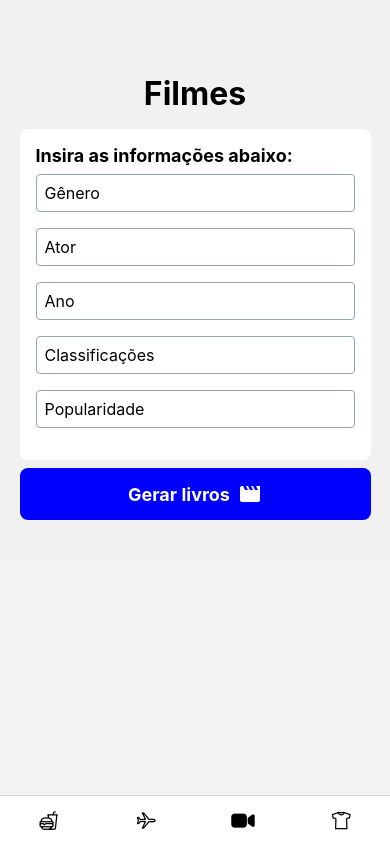
Repository: Matheus904-12/routes
Screen: /filmes (app in roteamento/)
An editor plug-in stored every save of this project. The screen is shown before and after the next save, followed by the edit.
The app was drawn by React Native's web renderer in a window 390 px wide. The project was rebuilt for these pictures with package versions that can differ from the ones it lists, and the page was loaded fresh each time. Also part of the build but not shown: roteamento/pages/viagem.js, roteamento/pages/roupas.js.

Above is the screen before, as saved 2024-05-01 17:43:18.

### roteamento/App.tsx
import React from 'react';
import { NavigationContainer } from '@react-navigation/native';
import { Routes } from './routes';

export default function App() {
  return (
    <NavigationContainer>
      <Routes />
    </NavigationContainer>
  );
}

### roteamento/routes.js
import { createBottomTabNavigator } from "@react-navigation/bottom-tabs";
import { Viagem } from './pages/viagem';
import { Filmes } from './pages/filmes';
import { Roupas } from './pages/roupas';
import { Receita } from './pages/receita';
import { Ionicons } from '@expo/vector-icons/'

const Tab = createBottomTabNavigator();

export function Routes() {
    return (
        <Tab.Navigator>
            <Tab.Screen
                name="receita"
                component={Receita}
                options={{
                    tabBarShowLabel: false,
                    headerShown: false,
                    tabBarIcon: ({ focused }) => {
                        if (focused) {
                            return (<Ionicons size={25} color={"#000"} name="fast-food" />)
                        }
                        return (<Ionicons size={20} color={"#000"} name="fast-food-outline" />)
                    }
                }}
            />
            <Tab.Screen
                name="viagem"
                component={Viagem}
                options={{
                    tabBarShowLabel: false,
                    headerShown: false,
                    tabBarIcon: ({ focused }) => {
                        if (focused) {
                            return (<Ionicons size={25} color={"#000"} name="airplane" />)
                        }
                        return (<Ionicons size={20} color={"#000"} name="airplane-outline" />)
                    }
                }}
            />
            <Tab.Screen
                name="filmes"
                component={Filmes}
                options={{
                    tabBarShowLabel: false,
                    headerShown: false,
                    tabBarIcon: ({ focused }) => {
                        if (focused) {
                            return (<Ionicons size={25} color={"#000"} name="videocam" />)
                        }
                        return (<Ionicons size={20} color={"#000"} name="videocam-outline" />)
                    }
                }}
            />
            <Tab.Screen
                name="roupas"
                component={Roupas}
                options={{
                    tabBarShowLabel: false,
                    headerShown: false,
                    tabBarIcon: ({ focused }) => {
                        if (focused) {
                            return (<Ionicons size={25} color={"#000"} name="shirt" />)
                        }
                        return (<Ionicons size={20} color={"#000"} name="shirt-outline" />)
                    }
                }}
            />
        </Tab.Navigator>
    )
}

### roteamento/pages/filmes.js
import React, { useState } from 'react';
import { StyleSheet, Text, View, TextInput, TouchableOpacity, Platform, StatusBar, ScrollView, ActivityIndicator, Alert, Keyboard } from 'react-native';
import { MaterialCommunityIcons } from '@expo/vector-icons';

const alturaStatusBar = StatusBar.currentHeight;
const KEY_GPT = 'SUA_CHAVE_DE_API';

export function Filmes() {

    const [load, defLoad] = useState(false);
    const [receita, defReceita] = useState("");

    const [ingr1, defIngr1] = useState("");
    const [ingr2, defIngr2] = useState("");
    const [ingr3, defIngr3] = useState("");
    const [ingr4, defIngr4] = useState("");
    const [ocasiao, defOcasiao] = useState("");

    async function gerarReceita() {
        if (ingr1 === "" || ingr2 === "" || ingr3 === "" || ingr4 === "" || ocasiao === "") {
            Alert.alert("Atenção", "Informe todas as informações!", [{ text: "Beleza!" }])
            return;
        }
        defReceita("");
        defLoad(true);
        Keyboard.dismiss();

        const prompt = `Sugira filmes com titulos populares e bem avalidados com essas especiicações: ${ingr1}, ${ingr2}, ${ingr3} e ${ingr4}, além de mostrar serviços de streaming e pesquise o trailer no YouTube. Caso encontre, informe o link.`;

        fetch("https://api.openai.com/v1/chat/completions", {
            method: "POST",
            headers: {
                "Content-Type": "application/json",
                Authorization: `Bearer ${KEY_GPT}`
            },
            body: JSON.stringify({
                model: "gpt-3.5-turbo",
                messages: [
                    {
                        role: 'user',
                        content: prompt
                    }
                ],
                temperature: 0.20,
                max_tokens: 500,
                top_p: 1,
            })
        })
            .then(response => response.json())
            .then((data) => {
                console.log(data.choices[0].message.content);
                defReceita(data.choices[0].message.content)
            })
            .catch((error) => {
                console.log(error);
            })
            .finally(() => {
                defLoad(false);
            })
    }

    return (
        <ScrollView>
            <View style={ESTILOS.container}>
                <StatusBar barStyle="dark-content" translucent={true} backgroundColor="#F1F1F1" />
                <Text style={ESTILOS.header}>Filmes</Text>
                <View style={ESTILOS.form}>
                    <Text style={ESTILOS.label}>Insira as informações abaixo:</Text>
                    <TextInput
                        placeholder="Gênero"
                        style={ESTILOS.input}
                        value={ingr1}
                        onChangeText={(texto) => defIngr1(texto)}
                    />
                    <TextInput
                        placeholder="Ator"
                        style={ESTILOS.input}
                        value={ingr2}
                        onChangeText={(texto) => defIngr2(texto)}
                    />
                    <TextInput
                        placeholder="Ano"
                        style={ESTILOS.input}
                        value={ingr3}
                        onChangeText={(texto) => defIngr3(texto)}
                    />
                    <TextInput
                        placeholder="Classificações"
                        style={ESTILOS.input}
                        value={ingr4}
                        onChangeText={(texto) => defIngr4(texto)}
                    />
                    <TextInput
                        placeholder="Popularidade"
                        style={ESTILOS.input}
                        value={ocasiao}
                        onChangeText={(texto) => defOcasiao(texto)}
                    />
                </View>

                <TouchableOpacity style={ESTILOS.button} onPress={gerarReceita}>
                    <Text style={ESTILOS.buttonText}>Gerar livros</Text>
                    <MaterialCommunityIcons name="movie" size={24} color="#FFF" />
                </TouchableOpacity>

                <ScrollView contentContainerStyle={{ paddingBottom: 24, marginTop: 4, }} style={ESTILOS.containerScroll} showsVerticalScrollIndicator={false} >
                    {load && (
                        <View style={ESTILOS.content}>
                            <Text style={ESTILOS.title}>Procurando livros...</Text>
                            <ActivityIndicator color="#000" size="large" />
                        </View>
                    )}

                    {receita && (
                        <View style={ESTILOS.content}>
                            <Text style={ESTILOS.title}>Livros sigeridos 👇</Text>
                            <Text style={{ lineHeight: 24 }}>{receita} </Text>
                        </View>
                    )}
                </ScrollView>
            </View>
        </ScrollView>
    );
}

const ESTILOS = StyleSheet.create({
    container: {
        flex: 1,
        backgroundColor: '#f1f1f1',
        alignItems: 'center',
        paddingTop: 20,
    },
    header: {
        fontSize: 32,
        fontWeight: 'bold',
        paddingTop: Platform.OS === 'android' ? alturaStatusBar : 54
    },
    form: {
        backgroundColor: '#FFF',
        width: '90%',
        borderRadius: 8,
        padding: 16,
        marginTop: 16,
        marginBottom: 8,
    },
    label: {
        fontWeight: 'bold',
        fontSize: 18,
        marginBottom: 8,
    },
    input: {
        borderWidth: 1,
        borderRadius: 4,
        borderColor: '#94a3b8',
        padding: 8,
        fontSize: 16,
        marginBottom: 16,
    },
    button: {
        backgroundColor: 'blue',
        width: '90%',
        borderRadius: 8,
        flexDirection: 'row',
        padding: 14,
        justifyContent: 'center',
        alignItems: 'center',
        gap: 8,
    },
    buttonText: {
        fontSize: 18,
        color: '#FFF',
        fontWeight: 'bold'
    },
    content: {
        backgroundColor: '#FFF',
        padding: 16,
        width: '100%',
        marginTop: 16,
        borderRadius: 8,
    },
    title: {
        fontSize: 18,
        fontWeight: 'bold',
        textAlign: 'center',
        marginBottom: 14
    },
    containerScroll: {
        width: '90%',
        marginTop: 8,
    }
});

### roteamento/pages/receita.js
import React, { useState } from 'react';
import { StyleSheet, Text, View, TextInput, TouchableOpacity, Platform, StatusBar, ScrollView, ActivityIndicator, Alert, Keyboard } from 'react-native';
import { MaterialCommunityIcons } from '@expo/vector-icons';

const alturaStatusBar = StatusBar.currentHeight;
const KEY_GPT = 'SUA_CHAVE_DE_API';

export function Receita() {

    const [load, defLoad] = useState(false);
    const [receita, defReceita] = useState("");

    const [ingr1, defIngr1] = useState("");
    const [ingr2, defIngr2] = useState("");
    const [ingr3, defIngr3] = useState("");
    const [ingr4, defIngr4] = useState("");
    const [ocasiao, defOcasiao] = useState("");

    async function gerarReceita() {
        if (ingr1 === "" || ingr2 === "" || ingr3 === "" || ingr4 === "" || ocasiao === "") {
            Alert.alert("Atenção", "Informe todos os ingredientes!", [{ text: "Beleza!" }])
            return;
        }
        defReceita("");
        defLoad(true);
        Keyboard.dismiss();

        const prompt = `Sugira uma receita detalhada para o ${ocasiao} usando os ingredientes: ${ingr1}, ${ingr2}, ${ingr3} e ${ingr4} e pesquise a receita no YouTube. Caso encontre, informe o link.`;

        fetch("https://api.openai.com/v1/chat/completions", {
            method: "POST",
            headers: {
                "Content-Type": "application/json",
                Authorization: `Bearer ${KEY_GPT}`
            },
            body: JSON.stringify({
                model: "gpt-3.5-turbo",
                messages: [
                    {
                        role: 'user',
                        content: prompt
                    }
                ],
                temperature: 0.20,
                max_tokens: 500,
                top_p: 1,
            })
        })
            .then(response => response.json())
            .then((data) => {
                console.log(data.choices[0].message.content);
                defReceita(data.choices[0].message.content)
            })
            .catch((error) => {
                console.log(error);
            })
            .finally(() => {
                defLoad(false);
            })
    }

    return (
        <ScrollView>
            <View style={ESTILOS.container}>
                <StatusBar barStyle="dark-content" translucent={true} backgroundColor="#F1F1F1" />
                <Text style={ESTILOS.header}>Receitas Fáceis</Text>
                <View style={ESTILOS.form}>
                    <Text style={ESTILOS.label}>Insira os ingredientes abaixo:</Text>
                    <TextInput
                        placeholder="Ingrediente 1"
                        style={ESTILOS.input}
                        value={ingr1}
                        onChangeText={(texto) => defIngr1(texto)}
                    />
                    <TextInput
                        placeholder="Ingrediente 2"
                        style={ESTILOS.input}
                        value={ingr2}
                        onChangeText={(texto) => defIngr2(texto)}
                    />
                    <TextInput
                        placeholder="Ingrediente 3"
                        style={ESTILOS.input}
                        value={ingr3}
                        onChangeText={(texto) => defIngr3(texto)}
                    />
                    <TextInput
                        placeholder="Ingrediente 4"
                        style={ESTILOS.input}
                        value={ingr4}
                        onChangeText={(texto) => defIngr4(texto)}
                    />
                    <TextInput
                        placeholder="Almoço ou Jantar"
                        style={ESTILOS.input}
                        value={ocasiao}
                        onChangeText={(texto) => defOcasiao(texto)}
                    />
                </View>

                <TouchableOpacity style={ESTILOS.button} onPress={gerarReceita}>
                    <Text style={ESTILOS.buttonText}>Gerar receita</Text>
                    <MaterialCommunityIcons name="food-variant" size={24} color="#FFF" />
                </TouchableOpacity>

                <ScrollView contentContainerStyle={{ paddingBottom: 24, marginTop: 4, }} style={ESTILOS.containerScroll} showsVerticalScrollIndicator={false} >
                    {load && (
                        <View style={ESTILOS.content}>
                            <Text style={ESTILOS.title}>Produzindo receita...</Text>
                            <ActivityIndicator color="#000" size="large" />
                        </View>
                    )}

                    {receita && (
                        <View style={ESTILOS.content}>
                            <Text style={ESTILOS.title}>Sua receita 👇</Text>
                            <Text style={{ lineHeight: 24 }}>{receita} </Text>
                        </View>
                    )}
                </ScrollView>
            </View>
        </ScrollView>
    );
}

const ESTILOS = StyleSheet.create({
    container: {
        flex: 1,
        alignItems: 'center',
        paddingTop: 20,
    },
    header: {
        fontSize: 32,
        fontWeight: 'bold',
        paddingTop: Platform.OS === 'android' ? alturaStatusBar : 54
    },
    form: {
        backgroundColor: '#FFF',
        width: '90%',
        borderRadius: 8,
        padding: 16,
        marginTop: 16,
        marginBottom: 8,
    },
    label: {
        fontWeight: 'bold',
        fontSize: 18,
        marginBottom: 8,
    },
    input: {
        borderWidth: 1,
        borderRadius: 4,
        borderColor: '#94a3b8',
        padding: 8,
        fontSize: 16,
        marginBottom: 16,
    },
    button: {
        backgroundColor: 'blue',
        width: '90%',
        borderRadius: 8,
        flexDirection: 'row',
        padding: 14,
        justifyContent: 'center',
        alignItems: 'center',
        gap: 8,
    },
    buttonText: {
        fontSize: 18,
        color: '#FFF',
        fontWeight: 'bold'
    },
    content: {
        backgroundColor: '#FFF',
        padding: 16,
        width: '100%',
        marginTop: 16,
        borderRadius: 8,
    },
    title: {
        fontSize: 18,
        fontWeight: 'bold',
        textAlign: 'center',
        marginBottom: 14
    },
    containerScroll: {
        width: '90%',
        marginTop: 8,
    }
});

After the next save:
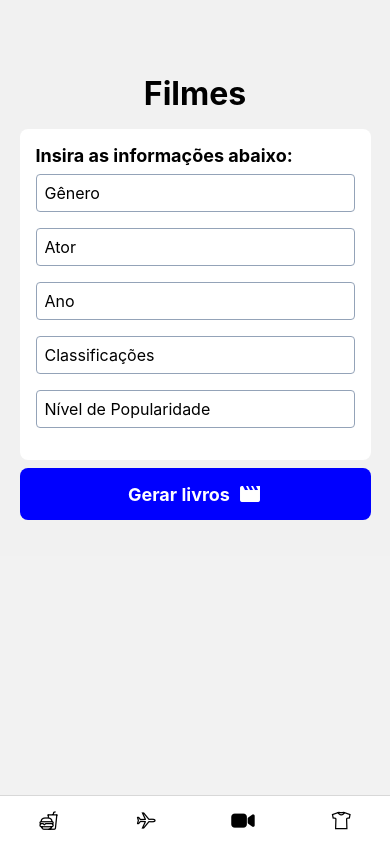
Saved 19 s later.
--- a/roteamento/pages/filmes.js
+++ b/roteamento/pages/filmes.js
@@ -91,7 +91,7 @@ export function Filmes() {
                         onChangeText={(texto) => defIngr4(texto)}
                     />
                     <TextInput
-                        placeholder="Popularidade"
+                        placeholder="Nível de Popularidade"
                         style={ESTILOS.input}
                         value={ocasiao}
                         onChangeText={(texto) => defOcasiao(texto)}
